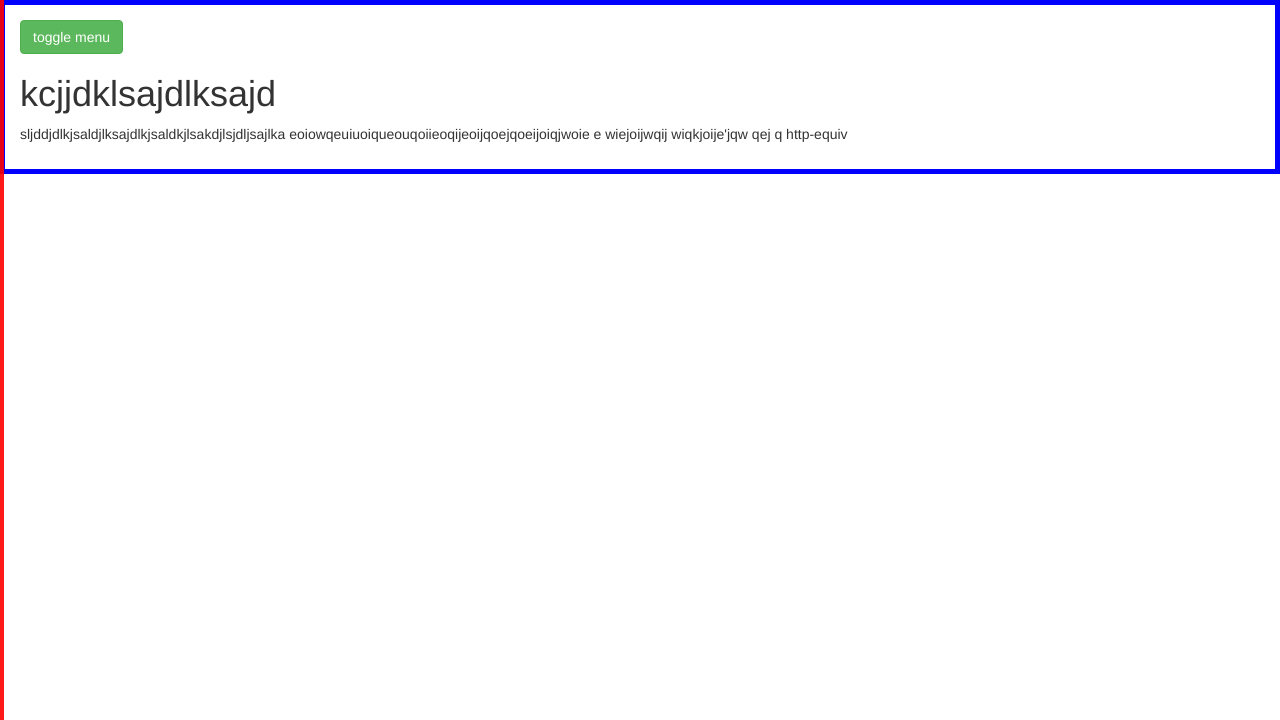
Repository: Juliolikescoding/WEB1010_bootstrap
Page: sidebartemp.html
These files come from the project's save history. The page is drawn as it stood at one moment and after the next save; the edit follows.
The browser window is 1280 px wide. The pictures show the whole page.
Some web libraries are served in a nearby version.

Above is the page before, as saved 2018-05-14 19:20:48.

After the next save:
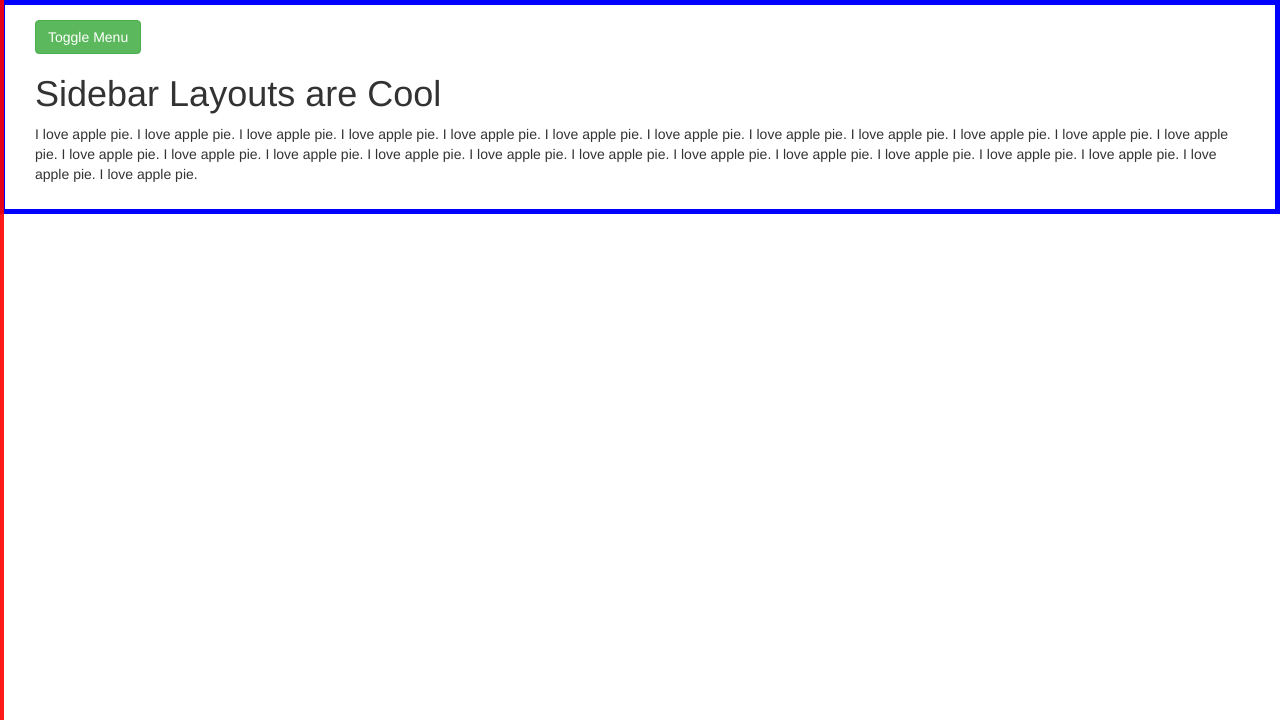
Saved 32 s later.
--- a/sidebartemp.html
+++ b/sidebartemp.html
@@ -1,71 +1,53 @@
 <!DOCTYPE html>
 <html lang="en">
-
 <head>
-    <meta charset="UTF-8">
-    <meta name="viewport" content="width=device-width, initial-scale=1.0">
-    <meta http-equiv="X-UA-Compatible" content="ie=edge">
-    <link rel="stylesheet" href="https://maxcdn.bootstrapcdn.com/bootstrap/3.3.4/css/bootstrap.min.css">
-    <link rel="stylesheet" href="https://cdnjs.cloudflare.com/ajax/libs/font-awesome/4.7.0/css/font-awesome.css">
-    <script src="https://ajax.googleapis.com/ajax/libs/jquery/1.11.3/jquery.min.js"></script>
-    <script src="https://maxcdn.bootstrapcdn.com/bootstrap/3.3.4/js/bootstrap.min.js"></script>
-    <link rel="stylesheet" href="./sidebar.css">
-    <title>Sidebar</title>
+   <title>thenewboston</title>
+   <meta charset="utf-8">
+   <meta name="viewport" content="width=device-width, initial-scale=1">
+   <link rel="stylesheet" href="http://maxcdn.bootstrapcdn.com/bootstrap/3.3.4/css/bootstrap.min.css">
+   <script src="https://ajax.googleapis.com/ajax/libs/jquery/1.11.3/jquery.min.js"></script>
+   <script src="http://maxcdn.bootstrapcdn.com/bootstrap/3.3.4/js/bootstrap.min.js"></script>
+   <link rel="stylesheet" href="sidebar.css">
 </head>
-
 <body>
 
-    <div class="wrapper">
+   <div id="wrapper">
 
-        <!-- sidebar -->
-        <div id="sidebar-wrapper">
-            <ul class="sidebar-nav">
-                <li>
-                    <a href="#">Account</a>
-                </li>
-                <li>
-                    <a href="#">Settings</a>
-                </li>
-                <li>
-                    <a href="#">Logout</a>
-                </li>
-            </ul>
-        </div>
+       <!-- Sidebar -->
+       <div id="sidebar-wrapper">
+           <ul class="sidebar-nav">
+               <li><a href="#">Account</a></li>
+               <li><a href="#">Settings</a></li>
+               <li><a href="#">Logout</a></li>
+           </ul>
+       </div>
 
+       <!-- Page content -->
+       <div id="page-content-wrapper">
+           <div class="container-fluid">
+               <div class="row">
+                   <div class="col-lg-12">
+                       <a href="#" class="btn btn-success" id="menu-toggle">Toggle Menu</a>
+                       <h1>Sidebar Layouts are Cool</h1>
+                       <p>I love apple pie. I love apple pie. I love apple pie. I love apple pie. I love apple pie.
+                           I love apple pie. I love apple pie. I love apple pie. I love apple pie. I love apple pie.
+                           I love apple pie. I love apple pie. I love apple pie. I love apple pie. I love apple pie.
+                           I love apple pie. I love apple pie. I love apple pie. I love apple pie. I love apple pie.
+                           I love apple pie. I love apple pie. I love apple pie. I love apple pie. I love apple pie. </p>
+                   </div>
+               </div>
+           </div>
+       </div>
 
-        <!-- Page content -->
-        <div id="page-content-wrapper">
-            <div class="containerfluid">
-                <div class="row">
-                    <div class="col-lg-12">
-                        <a href="#" class="btn btn-success" id="menu-toggle"> toggle menu</a>
-                        <h1> kcjjdklsajdlksajd </h1>
-                        <p> sljddjdlkjsaldjlksajdlkjsaldkjlsakdjlsjdljsajlka eoiowqeuiuoiqueouqoiieoqijeoijqoejqoeijoiqjwoie
-                            e wiejoijwqij wiqkjoije'jqw
-                        qej
-                    q
-                 http-equiv  </p>
+   </div>
 
-
-                </div>
-            </div>
-        </div>
-    </div>
-
-
-
-
-</div>
-
-<!-- menu toggle input -->
-
-
-<script>
-    $("#menu-toggle").click( function (e){
-        e.preventDefault();
-        $("#wrapper").toggleClass("toggled")
-    });
-</script>
+   <!-- Menu toggle script -->
+   <script>
+       $("#menu-toggle").click( function (e){
+           e.preventDefault();
+           $("#wrapper").toggleClass("menuDisplayed");
+       });
+   </script>
 
 </body>
 </html>
